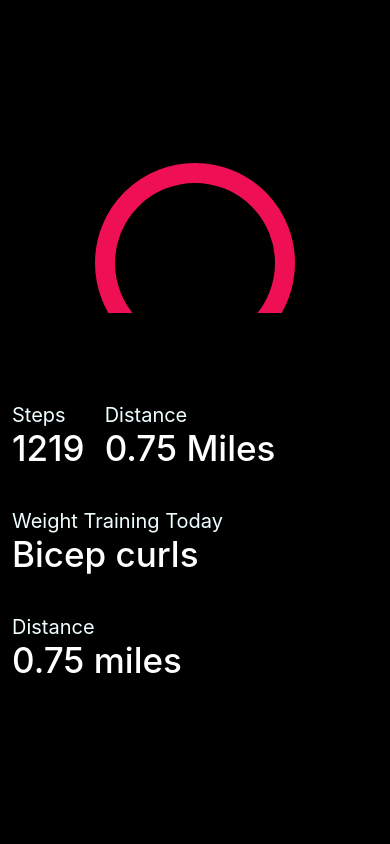
Repository: JamesPesenti/JiMTracker
Screen: /
An editor plug-in stored every save of this project. The screen is shown before and after the next save, followed by the edit.
The app was drawn by React Native's web renderer in a window 390 px wide. The project was rebuilt for these pictures with package versions that can differ from the ones it lists, and the page was loaded fresh each time.

Above is the screen before, as saved 2023-06-16 14:47:46.

After the next save:
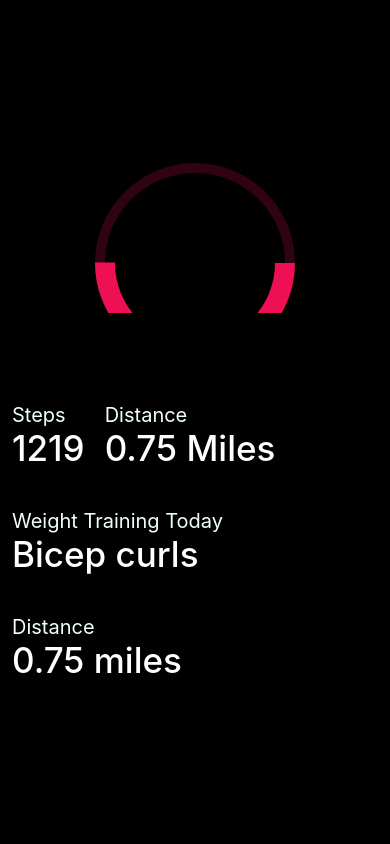
Saved 12 s later.
--- a/src/components/RingProgress.tsx
+++ b/src/components/RingProgress.tsx
@@ -32,7 +32,7 @@ const RingProgress = ({radius = 100, strokeWidth = 20}: RingProgressProps) => {
             r={innerRadius}
             strokeWidth={strokeWidth}
             stroke={color}
-            strokeDasharray={[circumference * 165]}
+            strokeDasharray={[circumference * 0.5]}
          />
       </SVG>
     </View>
